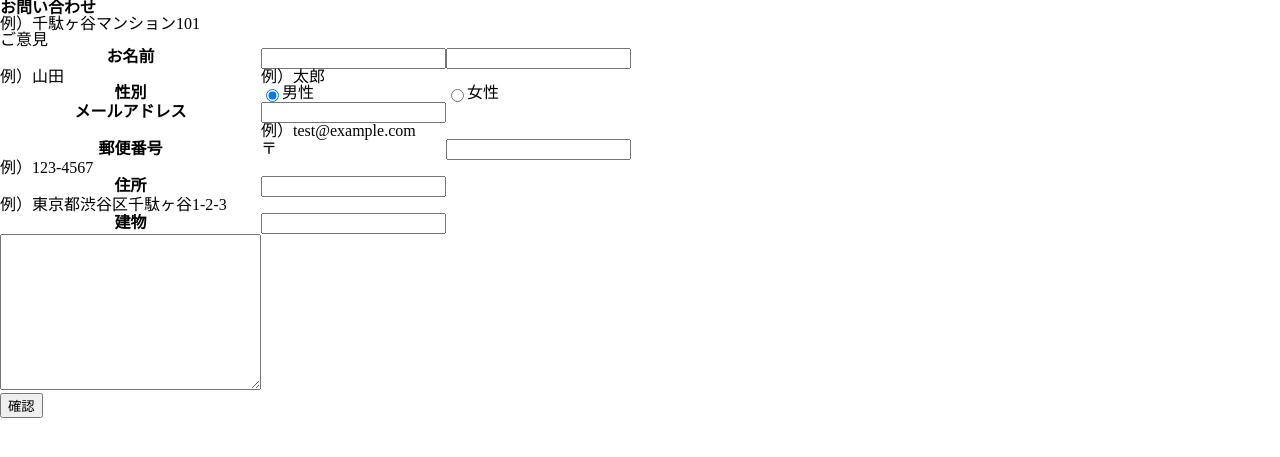
Repository: 1000sky/20220728majima
Page: http://localhost/contact
An editor plug-in stored every save of this project. The page is shown before and after the next save, followed by the edit.
The browser window is 1280 px wide. The pictures show the whole page.
The page is served by the project's Laravel application, run on PHP 8.4 with Laravel 8. Other server files are loaded and not shown. Queries for data that is not in the repository find no rows.

Above is the page before, as saved 2022-07-28 00:07:20.

### advance-test/routes/web.php
<?php

use Illuminate\Support\Facades\Route;
use App\Http\Controllers\ContactController;

/*
|--------------------------------------------------------------------------
| Web Routes
|--------------------------------------------------------------------------
|
| Here is where you can register web routes for your application. These
| routes are loaded by the RouteServiceProvider within a group which
| contains the "web" middleware group. Now create something great!
|
*/

/*Route::get('/', function () {
    return view('welcome');
});*/

Route::get('/', [ContactController::class, 'index']);
Route::post('/', [ContactController::class, 'post']);

Route::get('/contact', [ContactController::class, 'contact']);
Route::post('/create', [ContactController::class, 'create']);


Route::get('/confirmation',[ContactController::class, 'confirmation']);

Route::get('/management', [ContactController::class, 'page']);

### advance-test/app/Http/Controllers/ContactController.php
<?php

namespace App\Http\Controllers;

use Illuminate\Http\Request;
use App\Http\Requests\ClientRequest;
use App\Models\Contact;

class ContactController extends Controller
{
    public function index(Request $request)
    {
        return view('contact');
    }

    public function post(ClientRequest $request)
    {
        return view('contact');
    }

    public function contact()
    {
        $items = Contact::all();
        return view('contact', ['items' => $items]);
    }

    public function create(Request $request)
    {
        $this->validate($request, Contact::$rules);
        $form = $request->all();
        Contact::create($form);
        return redirect('/create');
    }


    //confirmation
    public function confirmation()
    {
        $items = Contact::all();
        return view('confirmation', ['items' => $items]);
    }

    //management
    public function management()
    {
        $items = Contact::all();
        return view('management', ['items' => $items]);
    }
    public function search(Request $request)
    {
        $item = Contact::where('name','gender','created_at','LIKE BINARY',"%{$request->input}%")->get();
        $param = [
            'input' => $request->input,
            'item' => $item
        ];
        return view('management', $param);
    }

    public function page()
    {
        $items = Contact::Paginate(10);
        return view('management', ['items' => $items]);
    }

}

### advance-test/app/Models/Contact.php
<?php

namespace App\Models;

use Illuminate\Database\Eloquent\Factories\HasFactory;
use Illuminate\Database\Eloquent\Model;

class Contact extends Model
{
    use HasFactory;

    protected $fillable = ['fullname', 'gender', 'email','postcode','address','building_name','opinion'];

    public static $rules = array(
        'fullname' => 'required',
        'gender' => 'required',
        'email' => 'required|email',
        'postcode' => 'required|max:8|/^[a-zA-Z0-9\-]+$/u',
        'address' => 'required|regex:/^[a-zA-Z0-9]+$/',
        'building-name' => 'regex:/^[a-zA-Z0-9]+$/',
        'opinion' => 'required|max:120',
    );
}

### advance-test/resources/views/contact.blade.php
<!DOCTYPE html>
<html lang="ja">
<head>
    <meta charset="UTF-8">
    <meta name="viewport" content="width=device-width, initial-scale=1.0">
    <meta http-equiv="X-UA-Compatible" content="ie=edge">
    <title>Advance-Test</title>
    <link rel="stylesheet" href="css/reset.css" />
    <link rel="stylesheet" href="css/contact.css" />
</head>
<body>
    <h1>お問い合わせ</h1>

    @if (count($errors) > 0)
    <ul>
      @foreach ($errors->all() as $error)
        <li>{{$error}}</li>
      @endforeach
    </ul>
    @endif

    <form action="/create" method="POST">

      <table>
        @csrf
        <tr>
           <th><label>お名前</label></th>

           <td><input type="text" name="fullname"></td><td><input type="text" name="fullname"></td>
        </tr>
        <tr>
           <td><p>例）山田</p></td> <td><p>例）太郎</p></td>
        </tr>

        @if ($errors->has('fullname'))
        <tr>
          <th>ERROR</th>
          <td>
            {{$errors->first('fullname')}}
          </td>
        </tr>
        @endif

        <tr>
        <th><label>性別 </label></th>
        <td><input type="radio" name="gender" checked="checked"><label for="">男性</label></td>
        <td><input type="radio" name="gender"><label for="">女性</label></td>
        </tr>

        @if ($errors->has('gender'))
        <tr>
          <th>ERROR</th>
          <td>
            {{$errors->first('gender')}}
          </td>
        </tr>
        @endif

        <tr>
          <th><label for="">メールアドレス</label></th>
          <td><input type="text"><P>例）test@example.com</P></th>
        </tr>

        @if ($errors->has('email'))
        <tr>
          <th>ERROR</th>
          <td>
            {{$errors->first('email')}}
          </td>
        </tr>
        @endif

        <tr>
          <th><label for="">郵便番号</label></th>
          <td><div>〒</div></td><td><input type="text"></td>
        </tr>
        <tr>
          <td><p>例）123-4567</p></td>
        </tr>


        <tr>
           <th><label for="">住所</label></th>
           <td><input type="text" style="ime-mode:disabled;"></td>
        </tr>
        <tr>
           <td><p>例）東京都渋谷区千駄ヶ谷1-2-3</p></td>
        </tr>

        <tr>
         <th><label for="">建物</label></th>
         <td><input type="text"></td>
        </tr>

        <tr>
         <p>例）千駄ヶ谷マンション101</p>
        </tr>

        <tr><label for="">ご意見</label></tr>
        <td><textarea name="opinion" cols="30" rows="10"></textarea></td>


      </table>


        <button type="submit">確認</button>
 {{--       <!--同じページでリンク先が開く-->
<input type="button" value="リンク" onClick="location.href='http://google.com'">

 <!--新しいタブでリンク先が開く-->
<input type="button" value="リンク" onClick="window.open('http://google.com')">
--}}


{{-- <FORM>
    テキストボックス
    <input type="text" value="" onInput="checkForm(this)">

    テキストエリア
    <textarea rows="2" onInput="checkForm(this)"></textarea>
    </FORM>

    <script type="text/javascript">
    <!--
    function checkForm($this)
    {
        var str=$this.value;
        while(str.match(/[^A-Z^a-z\d\-]/))
        {
            str=str.replace(/[^A-Z^a-z\d\-]/,"");
        }
        $this.value=str;
    }
    //-->
    </script>

    --}}

    </form>


</body>
</html>

Loaded but not shown: advance-test/app/Http/Controllers/Controller.php (common file); advance-test/public/css/reset.css (common file)

After the next save:
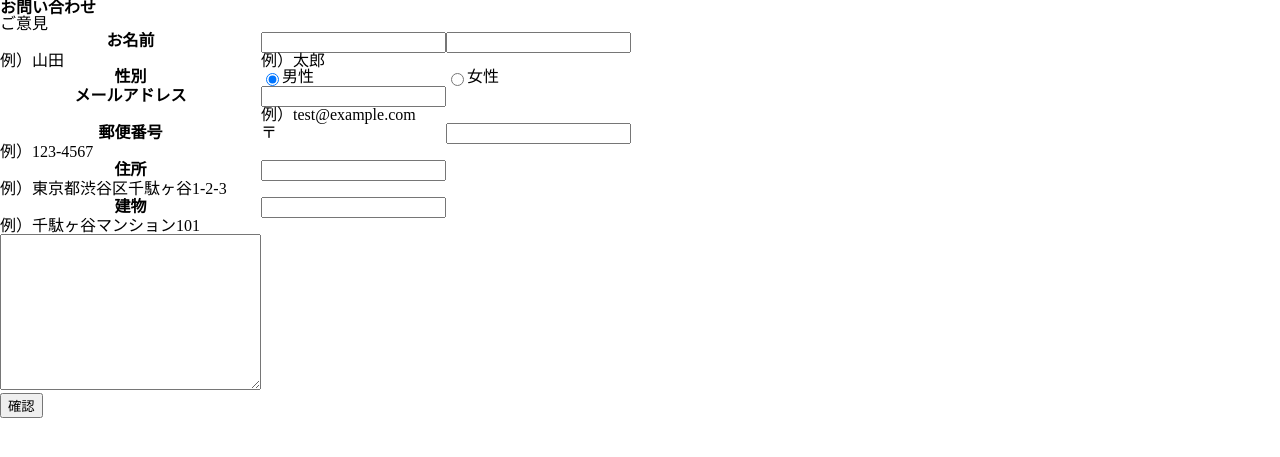
Saved 18 s later.
--- a/advance-test/resources/views/contact.blade.php
+++ b/advance-test/resources/views/contact.blade.php
@@ -93,7 +93,7 @@
         </tr>
 
         <tr>
-         <p>例）千駄ヶ谷マンション101</p>
+          <td><p>例）千駄ヶ谷マンション101</p></td>
         </tr>
 
         <tr><label for="">ご意見</label></tr>
